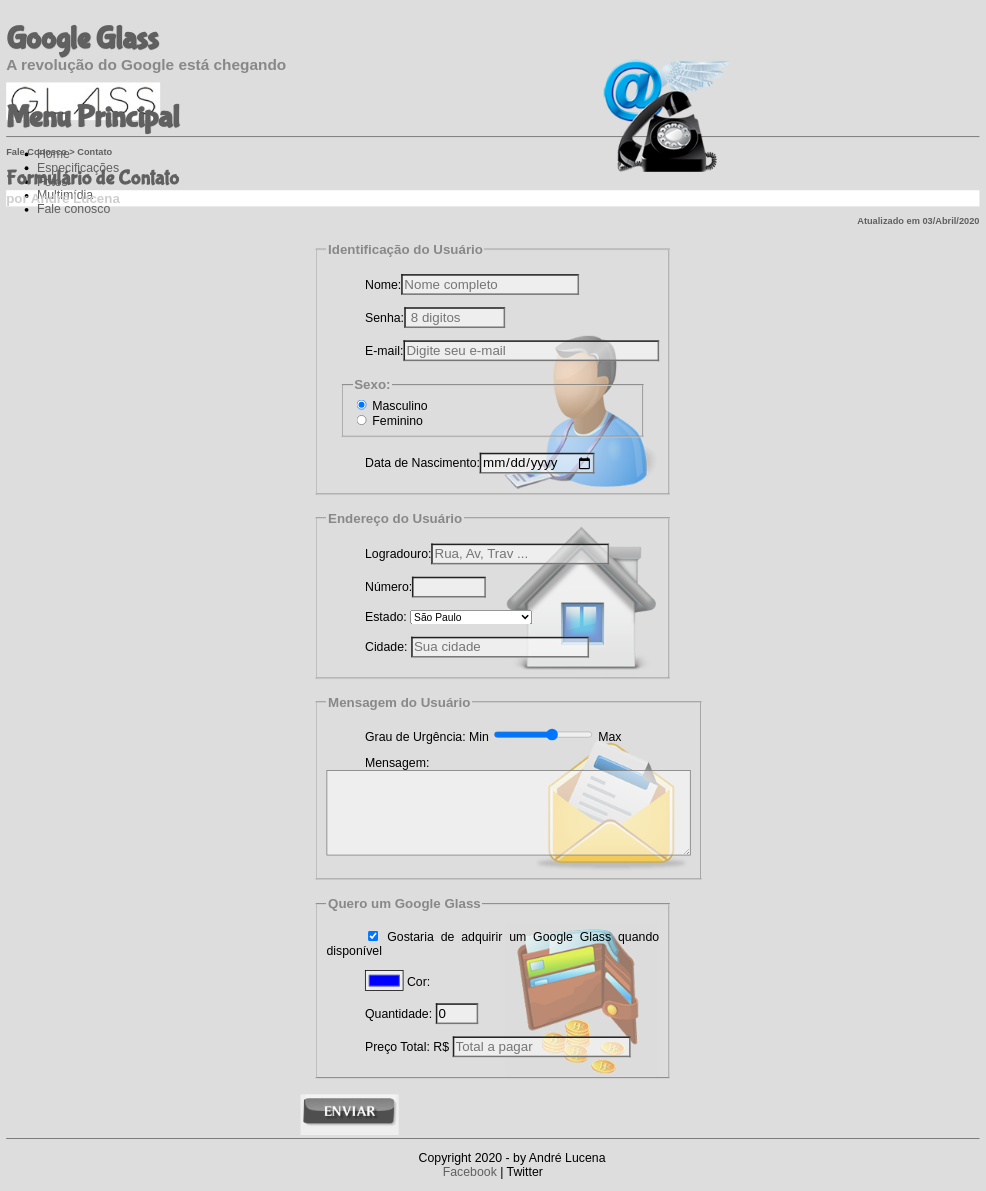
Repository: andre-lucena/Segundo-projeto
Page: Fale-conosco.html
The author's editor kept a copy of each file at every save. The page is drawn from the files as they stood at one save, then again after the next save.
The browser window is 1280 px wide. The pictures show the whole page, at 77% of full size.
Some web fonts or font styles are not loaded; a fallback is used.

Above is the page before, as saved 2020-08-09 02:08:01.

After the next save:
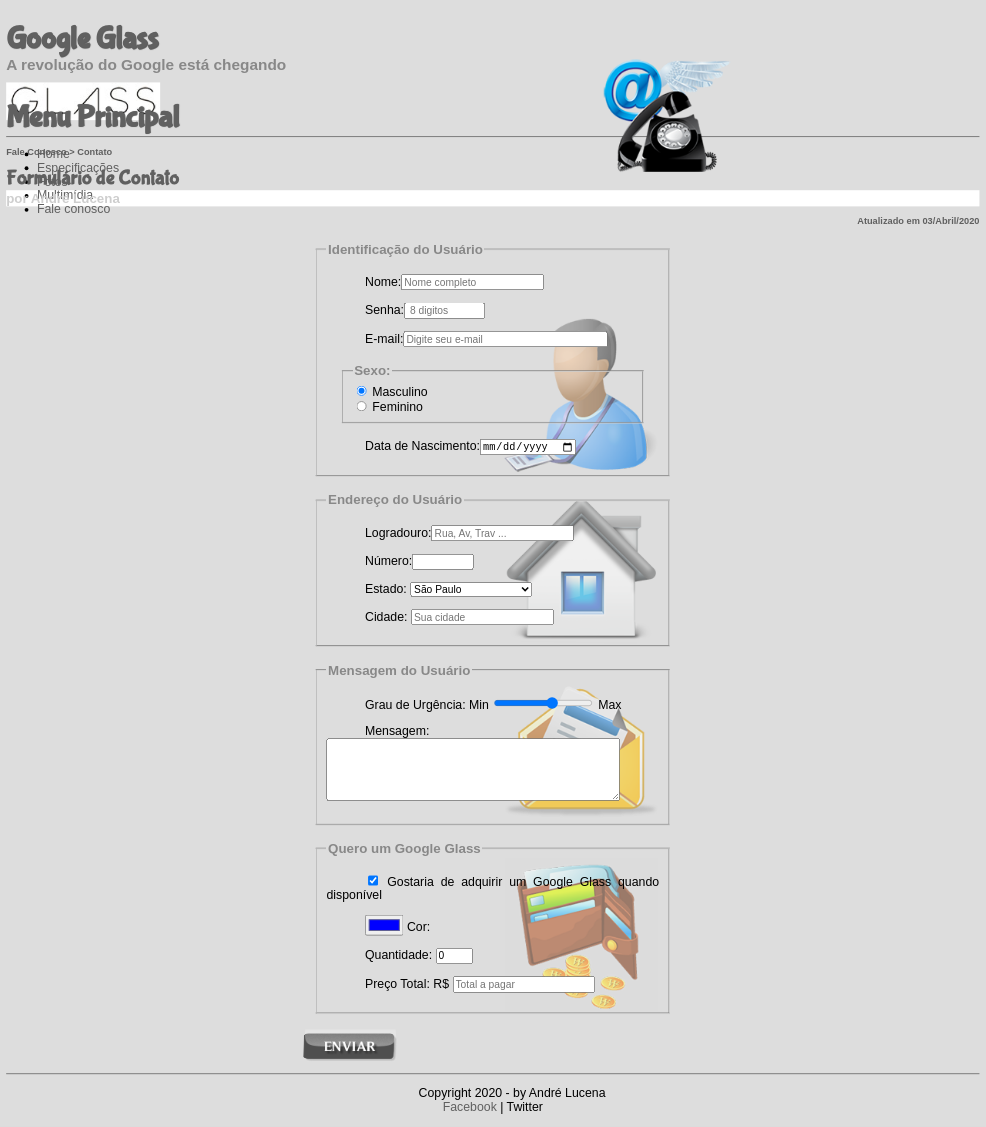
Saved 8 min 8 s later.
--- a/css/form.css
+++ b/css/form.css
@@ -4,8 +4,7 @@
     margin: auto;
 }
 
-input,
-textarea {
+input.textarea {
     font-family: sans-serif;
     font-weight: normal;
     font-size: 13pt;
